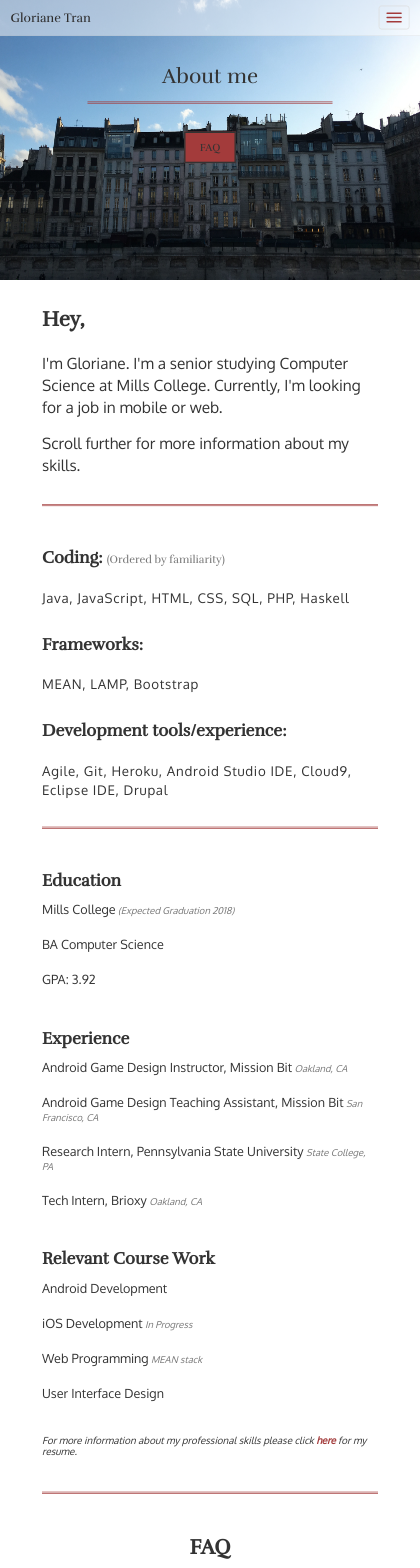
Repository: glorianetran/gloriane-web
Page: http://localhost/about
The author's editor kept a record of every edit. The page is drawn from the files as they stood at one moment, then again after the next edit.
The browser window is 600 px wide. The pictures show the part of the page from y = 0 to 2240 px (the page is 2724 px tall before and 2637 px after), at 70% of full size.
Some web libraries are served in a nearby version. The page is served by the project's Node server (app.js).

Above is the page before.

After the next edit:
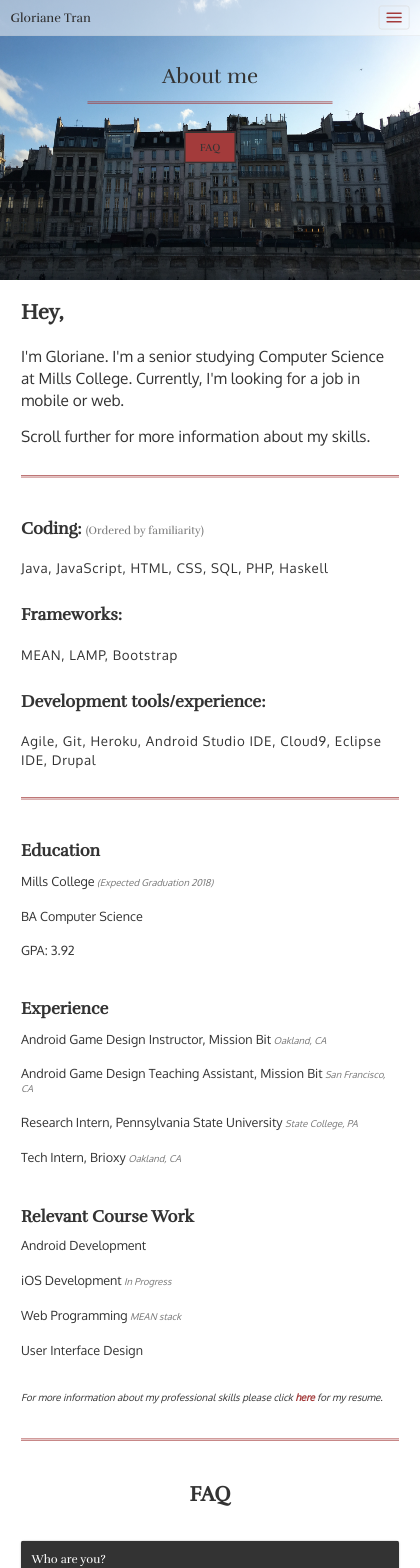
The edit:
--- a/public/stylesheets/about.css
+++ b/public/stylesheets/about.css
@@ -142,7 +142,7 @@
     }
 }
 
-@media (max-width: 730) {
+@media (max-width: 730px) {
     .margin {
         margin: 30px 30px;
     }
